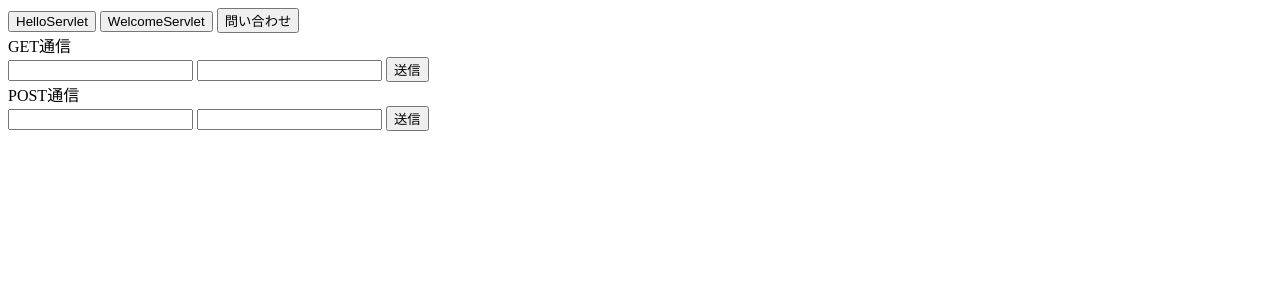
Repository: Nogawa-Haruka/test
Page: http://localhost/HelloServlet/
These files come from the project's save history. The page is drawn as it stood at one moment and after the next save; the edit follows.
The browser window is 1280 px wide. The pictures show the whole page.
The page is served by Tomcat 9.

Above is the page before, as saved 2019-11-20 10:15:19.

After the next save:
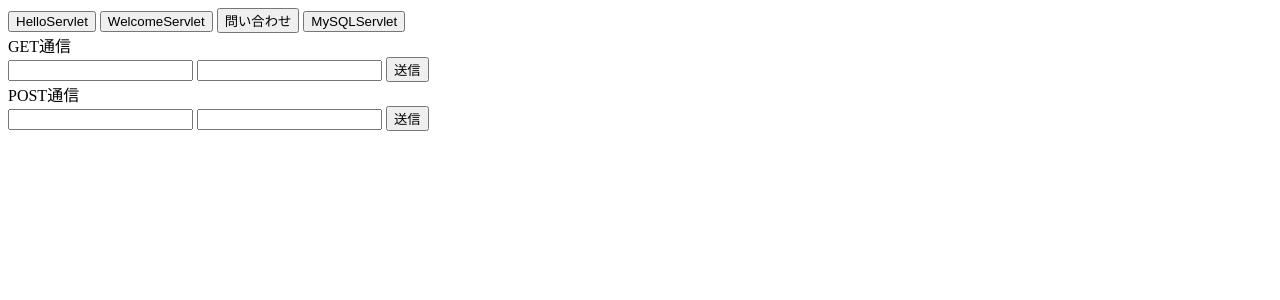
Saved 11 min 46 s later.
--- a/HelloServlet/WebContent/index.jsp
+++ b/HelloServlet/WebContent/index.jsp
@@ -9,6 +9,7 @@
 	<input type="button" value="HelloServlet" onClick="location.href='HelloServlet'">
 	<input type="button" value="WelcomeServlet" onClick="location.href='welcome.jsp'">
 	<input type="button" value="問い合わせ" onClick="location.href='inquiry.jsp'">
+	<input type="button" value="MySQLServlet" onClick="location.href='MySQLServlet'">
 
     <br>
 	GET通信
